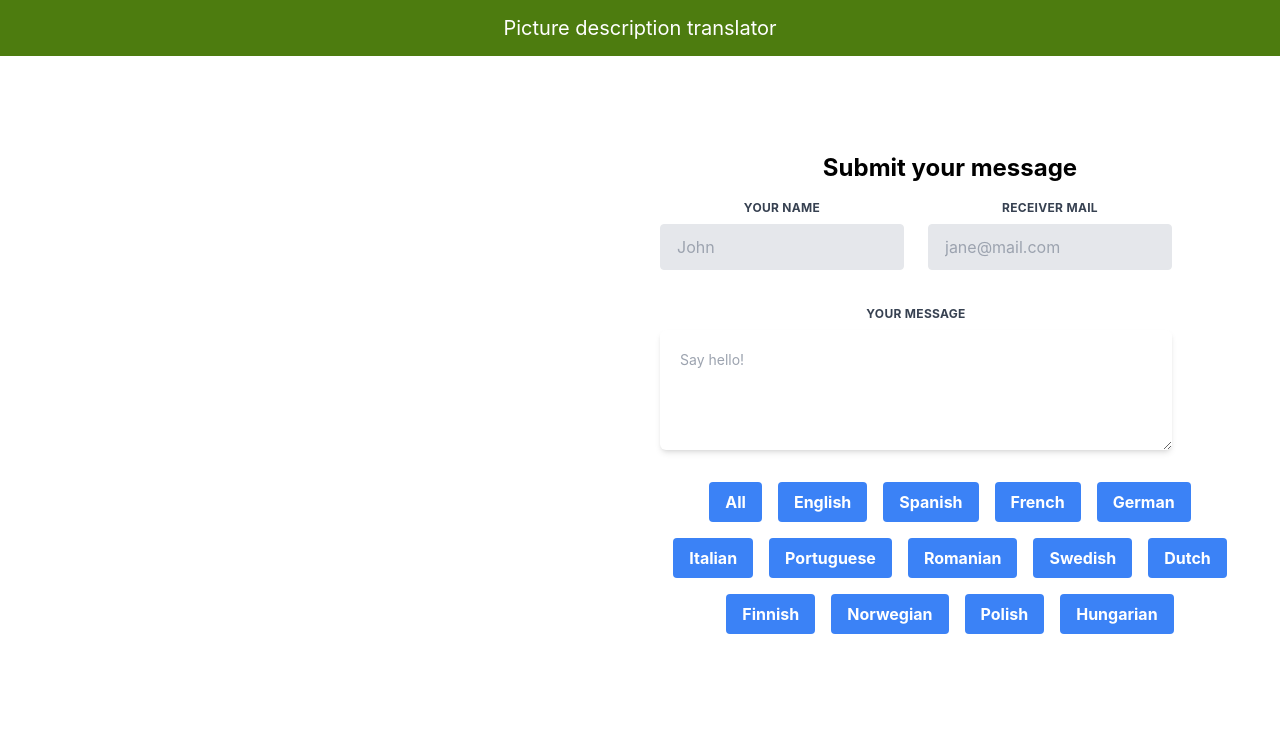
Repository: daliamsr/CloudComputing-Front
Page: /
An editor plug-in stored every save of this project. The page is shown before and after the next save, followed by the edit.
The browser window is 1280 px wide. The pictures show the whole page.
The project was rebuilt for these pictures with package versions that can differ from the ones it lists, and the page was loaded fresh each time.

Above is the page before, as saved 2022-05-09 23:37:12.

### src/index.css
@tailwind base;
@tailwind components;
@tailwind utilities;

@layer base{

}
@layer components {
  .example-class{
    @apply flex mb-10;
  }
}
@layer utilities{

}
body {
  margin: 0;
  font-family: -apple-system, BlinkMacSystemFont, 'Segoe UI', 'Roboto', 'Oxygen',
    'Ubuntu', 'Cantarell', 'Fira Sans', 'Droid Sans', 'Helvetica Neue',
    sans-serif;
  -webkit-font-smoothing: antialiased;
  -moz-osx-font-smoothing: grayscale;
}

code {
  font-family: source-code-pro, Menlo, Monaco, Consolas, 'Courier New',
    monospace;
}

### src/App.js
import './App.css';
import MainPage from './Javascript/Components/MainPage';

function App() {
  return (
    <div className="App">
      <MainPage />
    </div>
  );
}

export default App;

### src/Javascript/Components/MainPage.jsx
import React from 'react';

import Header from './Header';
import MessagesSubmit from './MessagesSubmit';

function MainPage() {
    return (
        <div id="MainPage">
            <Header />
                <div className="flex max-w-7xl m-auto px-10 py-24">
                    <div className='w-1/2 pr-5'>
                    </div>
                    <div className='w-1/2 pl-5'>
                        <MessagesSubmit />
                    </div>
                </div>
        </div>
    );
}

export default MainPage;

### src/Javascript/Components/Header.jsx
import React from 'react';

function Header() {
    return (
        <header className='h-14 bg-lime-700 flex justify-center'>
            <span className='self-center text-white text-bold text-xl'>Picture description translator</span>
        </header>
     );
}

export default Header;

### src/Javascript/Components/MessagesSubmit.jsx
// MessagesSubmit.jsx
import React from 'react';
import axios from 'axios';
import { LANGUAGES_ARRAY, DEFAULT_MAIL } from '../utils/constants';

function MessagesSubmit() {

    const handleMessageSend = async (e) => {
        const language = e.target.value;
        const senderName = document.getElementById('senderName').value;
        const receiverMail = document.getElementById('receiverMail').value;
        const messageContent = document.getElementById('messageContent').value;

        try {
            let response = await axios.post(
                `${process.env.REACT_APP_API_URL}/messages/foreign`,
                {
                    language,
                    senderName,
                    senderMail: DEFAULT_MAIL,
                    receiverMail,
                    messageContent
                });

                if(response.status === 200) {
                    alert(`Your original messages was in ${response.data.translationData.originalLanguage}. \nMessage sent: ${response.data.translationData.translatedText}`);
                }
        }
        catch (error) {
            alert('Something went wrong');
            console.log(error);
        }
    }

    return (
        <div id="MessagesSubmit">
            <div className='text-2xl font-bold mb-4'>Submit your message</div>
            <form className="w-full max-w-lg">
                <div className="flex flex-wrap -mx-3 mb-6">
                    <div className="w-full md:w-1/2 px-3 mb-6 md:mb-0">
                        <label className="block uppercase tracking-wide text-gray-700 text-xs font-bold mb-2" htmlFor="senderName">
                            Your name
                        </label>
                        <input className="appearance-none block w-full bg-gray-200 text-gray-700 border rounded py-3 px-4 mb-3 leading-tight focus:outline-none focus:bg-white" id="senderName" type="text" placeholder="John" />
                    </div>
                    <div className="w-full md:w-1/2 px-3">
                    <label className="block uppercase tracking-wide text-gray-700 text-xs font-bold mb-2" htmlFor="receiverMail">
                            Receiver mail
                        </label>
                        <input className="appearance-none block w-full bg-gray-200 text-gray-700 border rounded py-3 px-4 mb-3 leading-tight focus:outline-none focus:bg-white" id="receiverMail" type="text" placeholder="jane@mail.com" />
                    </div>
                </div>
                <div className="flex flex-wrap -mx-3 mb-6">
                    <div className="w-full md:w-full px-3 mb-6 md:mb-0">
                        <label className="block uppercase tracking-wide text-gray-700 text-xs font-bold mb-2" htmlFor="messageContent">
                            Your message
                        </label>
                        <textarea
                            rows={4}
                            name="comment"
                            id="messageContent"
                            className="shadow-md focus:ring-indigo-500 focus:border-indigo-500 block w-full sm:text-sm border-gray-800 rounded-md p-5"
                            placeholder={'Say hello!'} />
                    </div>
                </div>
            </form>

            {/* Create a button for each language from LANGUAGES_ARRAY */}
            {LANGUAGES_ARRAY.map((language, index) => {
                return (
                    <button
                        key={index}
                        className="bg-blue-500 hover:bg-blue-700 text-white font-bold py-2 px-4 rounded m-2 capitalize"
                        onClick={handleMessageSend}
                        value={language}>
                        {language.toLowerCase()}
                    </button>
                )
            })}
        </div>
    );
}

export default MessagesSubmit;

### src/Javascript/utils/constants.js
export const LANGUAGES_ARRAY = [
  'ALL',
  'ENGLISH',
  'SPANISH',
  'FRENCH',
  'GERMAN',
  'ITALIAN',
  'PORTUGUESE',
  'ROMANIAN',
  'SWEDISH',
  'DUTCH',
  'FINNISH',
  'NORWEGIAN',
  'POLISH',
  'HUNGARIAN',
];

export const DEFAULT_MAIL = 'daliamusuroi7@gmail.com';

Loaded but not shown: public/index.html (common file); src/index.js (common file); src/reportWebVitals.js (common file); src/App.css (common file); tailwind.config.js (common file)

After the next save:
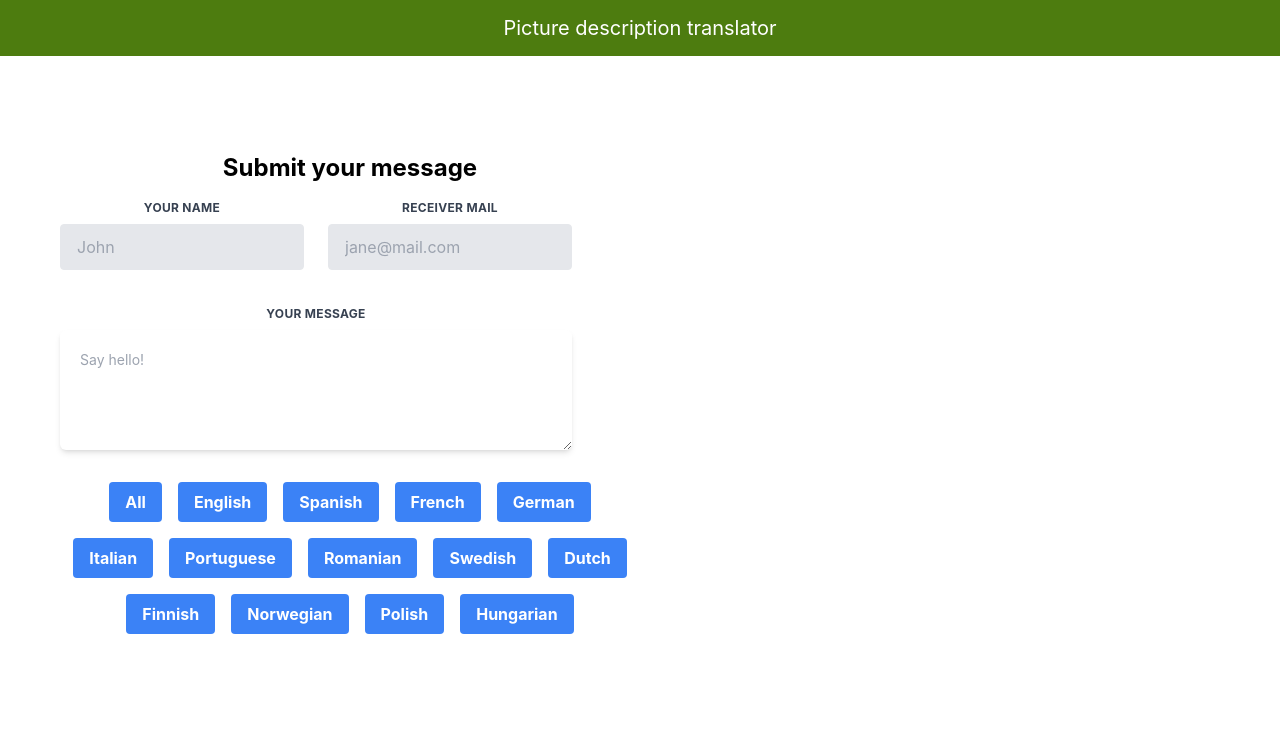
Saved 35 s later.
--- a/src/Javascript/Components/MainPage.jsx
+++ b/src/Javascript/Components/MainPage.jsx
@@ -8,8 +8,6 @@ function MainPage() {
         <div id="MainPage">
             <Header />
                 <div className="flex max-w-7xl m-auto px-10 py-24">
-                    <div className='w-1/2 pr-5'>
-                    </div>
                     <div className='w-1/2 pl-5'>
                         <MessagesSubmit />
                     </div>
